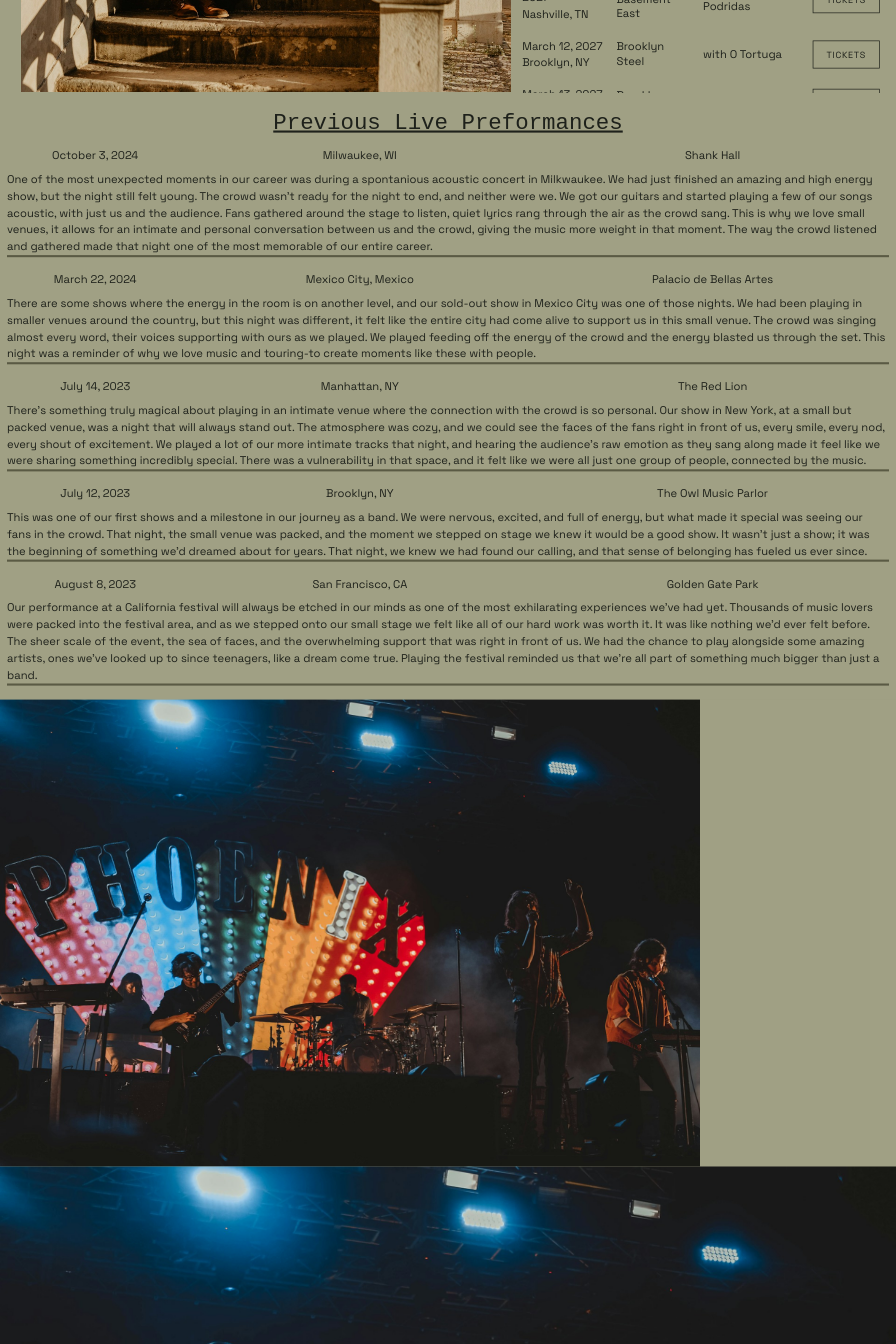
Repository: lime929/voices-del-viento
Page: /tour
These files come from the project's save history. The page is drawn as it stood at one moment and after the next save; the edit follows.
The browser window is 1280 px wide. The pictures show the part of the page from y = 858 to 2778 px (the page is 9926 px tall before and 9950 px after), at 70% of full size.
An inner scrolling area shows only its first screen. The project was rebuilt for these pictures with package versions that can differ from the ones it lists, and the page was loaded fresh each time. The framework's server and built-in components were replaced by stand-ins that run in the browser. Also part of the build but not shown: next.config.mjs.

Above is the page before, as saved 2026-09-14 16:42:21.

After the next save:
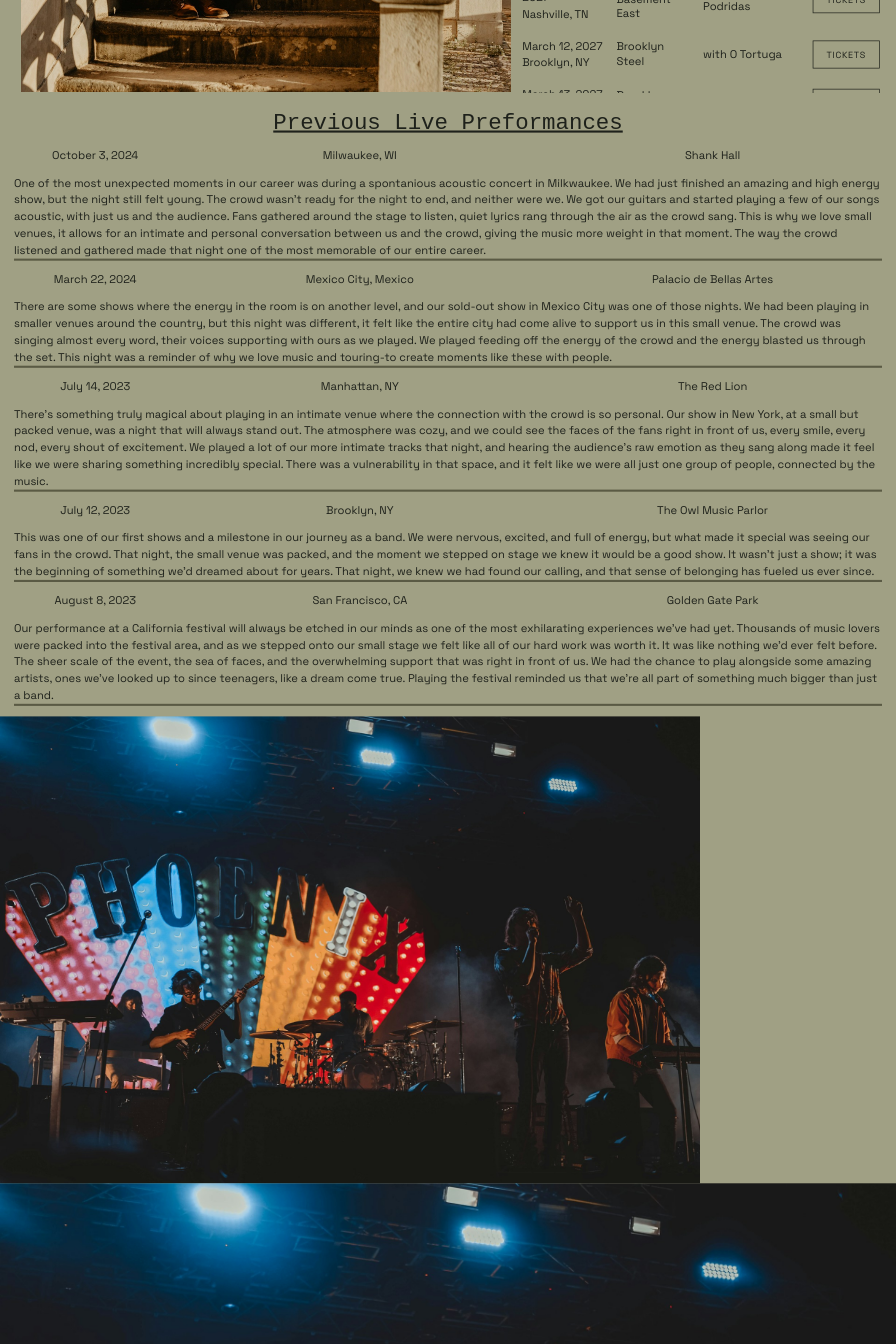
Saved 11 s later.
--- a/app/tour/page.module.css
+++ b/app/tour/page.module.css
@@ -157,7 +157,7 @@
 
 .tourDescription {
   border-bottom: 3px solid var(--color-band-olive);
-  margin-bottom: 10px;
+  margin: 5px 10px;
 }
 
 
